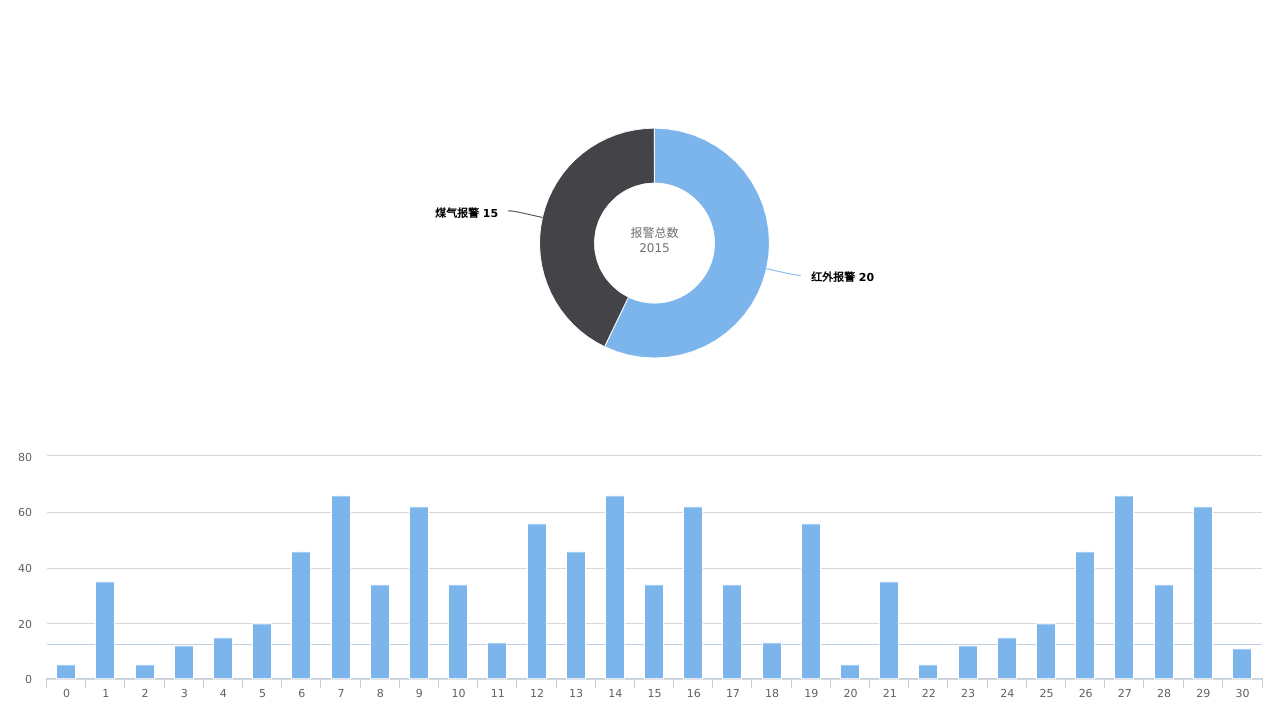
Repository: maintiendrai/JEHighchartsDigester
Page: JEHighchartsDigester-android/HighchartDemo/src/main/assets/combination-1.html
The author's editor kept a copy of each file at every save. The page is drawn from the files as they stood at one save, then again after the next save.
The browser window is 1280 px wide. The pictures show the whole page.

Above is the page before, as saved 2015-12-09 03:26:26.

After the next save:
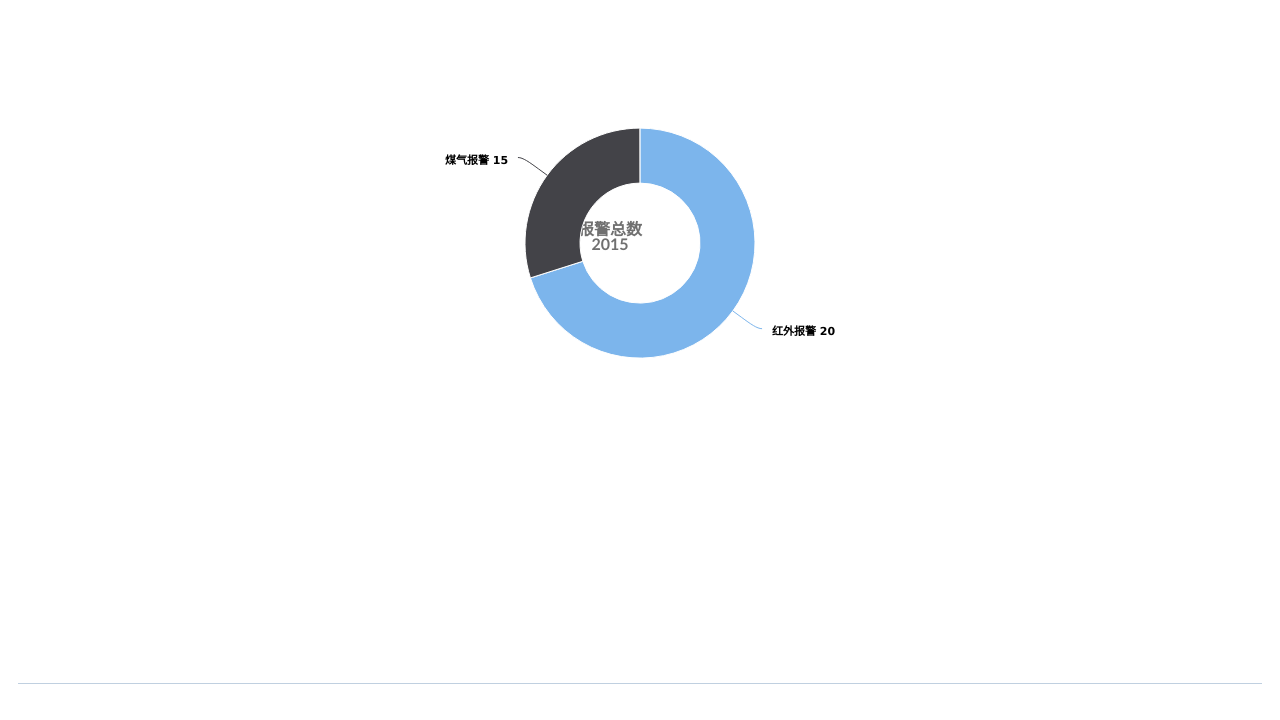
Saved 2 h 8 min later.
--- a/JEHighchartsDigester-android/HighchartDemo/src/main/assets/combination-1.html
+++ b/JEHighchartsDigester-android/HighchartDemo/src/main/assets/combination-1.html
@@ -6,6 +6,9 @@
         <title>Highcharts Example</title>
         <script type="text/javascript" src="jquery-1.9.0.js"></script>
         <script type="text/javascript">
+            function greet(name) {
+                return 'Hello, ' + name;
+            }
 
             function plot(data, data3) {
                 var chart = $('#container').highcharts(),
@@ -18,42 +21,27 @@
                 chart.xAxis[1].setCategories(data3, true);
             }
 
-        function mytitlePosition() {
-            return -$('#container').height() * 0.6;
-        }
-
-        function diameter() {
-            if($("#container").width() * 3 / 5  < $("#container").height()/2) {
-                return $("#container").width() * 3 / 5;
-            } else {
-                return 230;
-            }
-        }
-
-        function innerDiameter() {
-            if($("#container").width() * 3 / 5  < $("#container").height()/2) {
-                return $("#container").width() * 3 / 9;
-            } else {
-                return 120;
-            }
-        }
-
 
             $(function() {
 
-              $("#container").height($(document).height() * 98 / 100);
-              $("#container").width($(document).width() * 98 / 100);
-
+              $("#container").height($(document).height()-30);
 
                 $('#container').highcharts({
                     xAxis: [{ // Primary xAxis
                         title: {
                             text: '报警总数<br>2015',
-                          //  align: 'center',
-                            y: mytitlePosition(),
-                            dy: 30
+
+                            style: {
+                                font: '12pt Trebuchet MS, Verdana, sans-serif',
+                                    "color": "#707070",
+                                    "fontWeight": "bold"
+                            },
+                            x: $("#container").width() / 2 - 40,
+                            y: $("#container").height() / 3 - 30,
                         },
-                      //      width: 300
+                        width: 0,
+                        height: 0,
+                        min: 0
                     }, {
                         categories: [],
                     }],
@@ -67,17 +55,24 @@
                         },
                         min: 0
                     }, { // Secondary yAxis
-                        top: $("#container").height() *63.5/100 ,
+                        top: $("#container").height() / 2 + 100,
                         // min: 0,
-                        height: $("#container").height() *31.5/100 ,
+                        height: $("#container").height() / 2 - 135,
                         //                bottom: 100,
+                        // max: 100,
                         title: {
                             text: '',
                             style: {
                                 color: '#4572A7'
                             }
                         }
-
+                        //   ,
+                        //   labels: {
+                        //       style: {
+                        //           color: '#4572A7'
+                        //       }
+                        //   },
+                        //   opposite: true
                     }],
 
                     title: {
@@ -125,9 +120,12 @@
                     series: [{ //柱状图
                         type: 'column',
                         name: 'Jane',
+                        //top: 400,
+                        //                                                        lineColor: '#666666',
+                        // cropThreshold: 100,
                         yAxis: 1,
                         xAxis: 1,
-                        data: [5, 35, 5, 12, 15, 20, 46, 66, 34, 62, 34, 13, 56, 46, 66, 34, 62, 34, 13, 56, 5, 35, 5, 12, 15, 20, 46, 66, 34, 62, 11]
+                        data: []
                     },
 
 
@@ -140,14 +138,18 @@
                             alpha: 45
                         },
                         align: 'top',
+                        name: 'Brands',
                         colorByPoint: true,
                         center: ["50%", "35%"],
-                        size: diameter(),
-                        innerSize: innerDiameter(),
-                        data: [
-                               ['红外报警 <a>20', 20],
-                               ['煤气报警 <a>15', 15]
-                        ]
+                        size: 230,
+                        innerSize: 120,
+                        data: [{
+                            name: '红外报警  20',
+                            y: 56.33
+                        }, {
+                            name: '煤气报警  15',
+                            y: 24.03
+                        }]
                     }]
                 });
             });
